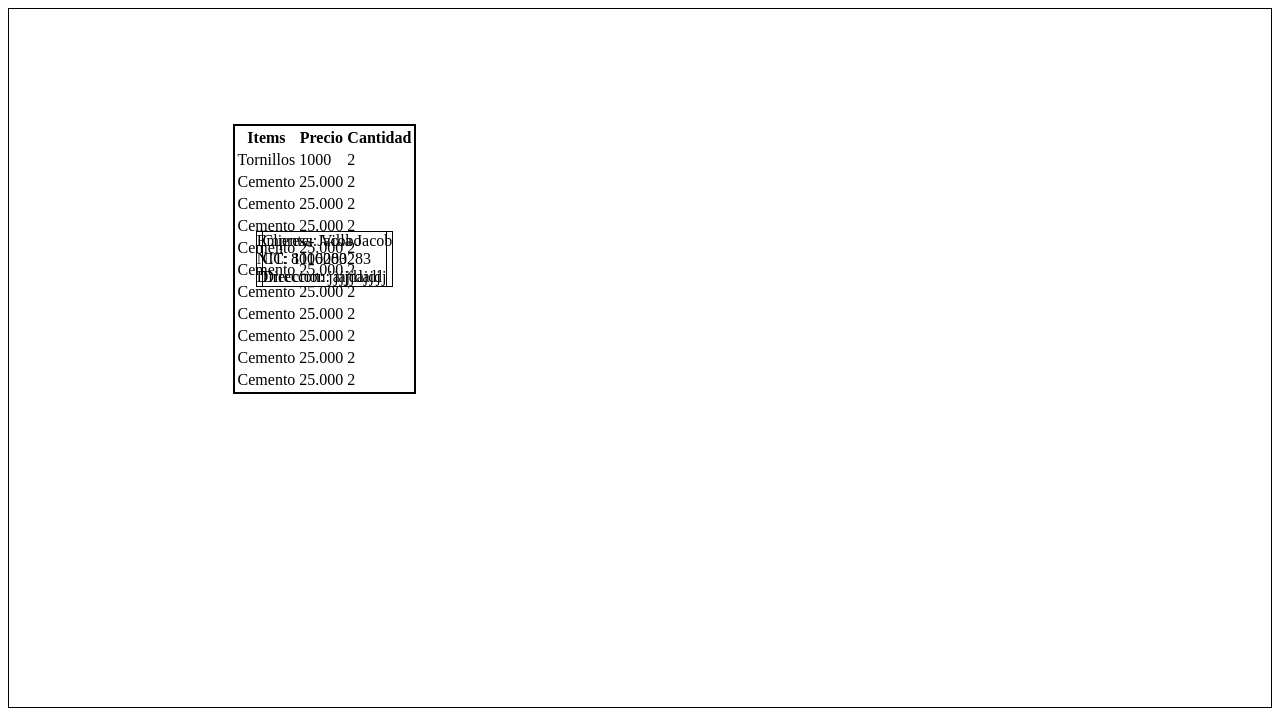
Repository: MrVanQish/FacturaEstructura
Page: index.html
An editor plug-in stored every save of this project. The page is shown before and after a run of saves, followed by the edit.
The browser window is 1280 px wide. The pictures show the whole page.

Above is the page before, as saved 2021-09-29 10:16:35.

### index.html
<!DOCTYPE html>
<html lang="en">
<head>
    <meta charset="UTF-8">
    <meta http-equiv="X-UA-Compatible" content="IE=edge">
    <meta name="viewport" content="width=device-width, initial-scale=1.0">
    <title>Document</title>
    <link rel="stylesheet" href="styles.css">
</head>
<body>

    <div class="wrapper">

        <div class="factura1">
                <div class="infoEmpresa-f">
                    Empresa: Villa Jacob
                    <br>
                    NIT: 8000000
                    <br>
                    Direccion: jajjdajdj
                </div>
                <div class="infoCliente-f">
                    Cliente: Jacobo
                    <br>
                    CC: 1116283283
                    <br>
                    Direccion: jajjdajdj
                </div>
                <div class="items-f">

                    <table>

                        <tr>

                            <th>Items</th>

                            <th>Precio</th>

                            <th>Cantidad</th>


                        </tr>

                          <tr>

                            <td>Tornillos</td>

                            <td>1000</td>

                            <td>2</td>

                          </tr>

                          <tr>

                            <td>Cemento</td>

                            <td>25.000</td>

                            <td>2</td>

                          </tr>


                          <tr>

                            <td>Cemento</td>

                            <td>25.000</td>

                            <td>2</td>

                          </tr>

                          <tr>

                            <td>Cemento</td>

                            <td>25.000</td>

                            <td>2</td>

                          </tr>

                          <tr>

                            <td>Cemento</td>

                            <td>25.000</td>

                            <td>2</td>

                          </tr>

                          <tr>

                            <td>Cemento</td>

                            <td>25.000</td>

                            <td>2</td>

                          </tr>

                          <tr>

                            <td>Cemento</td>

                            <td>25.000</td>

                            <td>2</td>

                          </tr>


                          <tr>

                            <td>Cemento</td>

                            <td>25.000</td>

                            <td>2</td>

                          </tr>


                          <tr>

                            <td>Cemento</td>

                            <td>25.000</td>

                            <td>2</td>

                          </tr>

                          <tr>

                            <td>Cemento</td>

                            <td>25.000</td>

                            <td>2</td>

                          </tr>

                          <tr>

                            <td>Cemento</td>

                            <td>25.000</td>

                            <td>2</td>

                          </tr>






                      </table>



                </div>

                <!-- //t -->
            <div class="body-f">

            </div>
        </div>


    </div>

</body>
</html>

### styles.css
@page {
    size: A4 landscape;
}

.wrapper {
    height: 97vh;
    border: 1px solid #000;
    display: grid;
    grid-template-columns: 1fr 1fr;
    grid-template-rows: 500px;
    grid-template-areas:
      "f1 f2";
  }

  .factura1 {

    display: grid;
    grid-area: f1;
    align-self: center;
    justify-self: center;
    border: 1px solid #000;
    grid-template-columns: 1fr 1fr;
    grid-template-rows: auto;
    grid-template-areas:
      "infoCliente-f  infoEmpresa-f items-f"
      "infoEmpresa-f" ;
  }


.infoEmpresa-f{

    grid-area: infoEmpresa-f;
    border: 1px solid #000;
    align-self: center;
    justify-self: center;

}

.infoCliente-f{
    grid-area: infoCliente-f;
    border: 1px solid #000;
    align-self: center;
    justify-self: center;
}

.items-f{
    grid-area: items-f;
    border: 1px solid #000;
    align-self: center;
    justify-self: center;
}

After the next 4 saves:
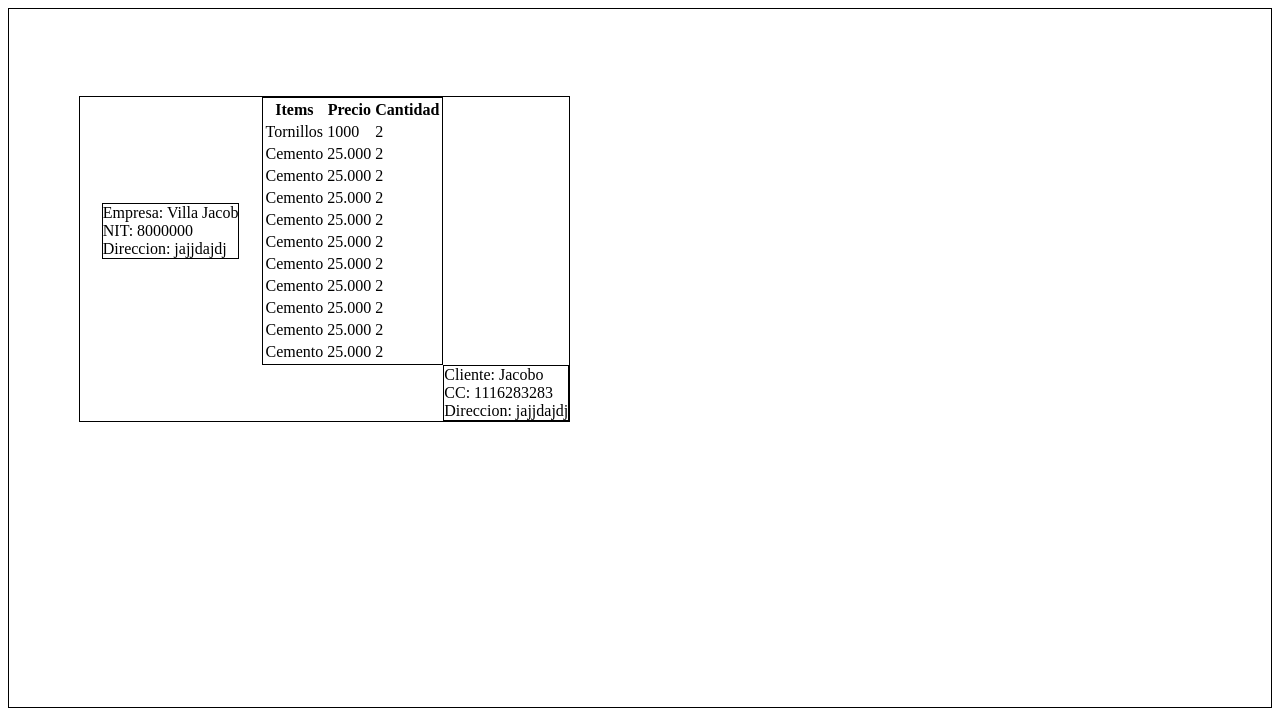
The 4 saves are shown as one change because they came seconds apart.
The last was saved 13 s later.
--- a/styles.css
+++ b/styles.css
@@ -22,8 +22,7 @@
     grid-template-columns: 1fr 1fr;
     grid-template-rows: auto;
     grid-template-areas:
-      "infoCliente-f  infoEmpresa-f items-f"
-      "infoEmpresa-f" ;
+      "infoEmpresa-f items-f";
   }
 
 
